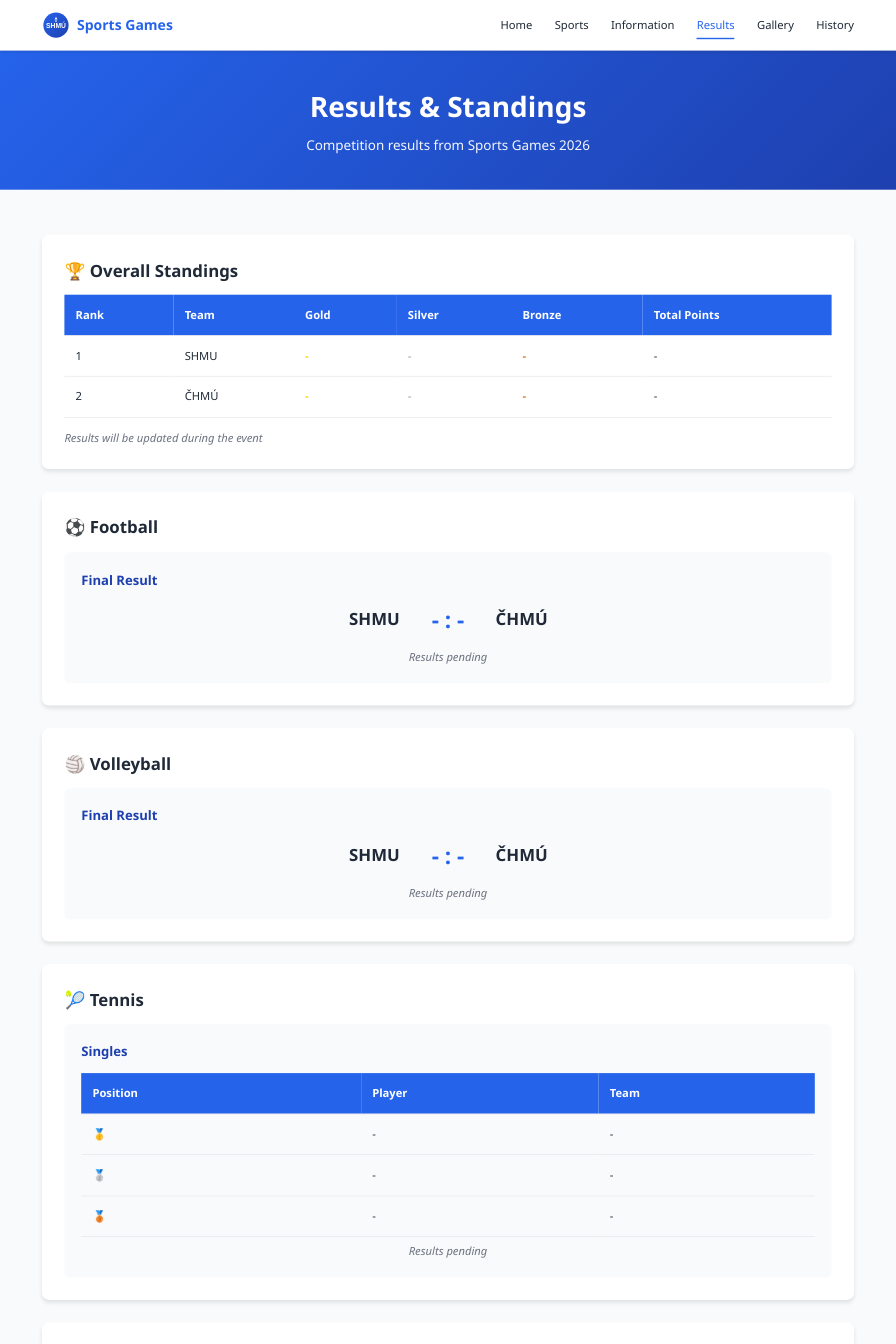
Repository: samiljimari/SHMU-web
Page: results.html
These files come from the project's save history. The page is drawn as it stood at one moment and after the next save; the edit follows.
The browser window is 1280 px wide. The pictures show the part of the page from y = 0 to 1920 px (the page is 3709 px tall before and 3787 px after), at 70% of full size.

Above is the page before, as saved 2026-01-13 09:27:30.

After the next save:
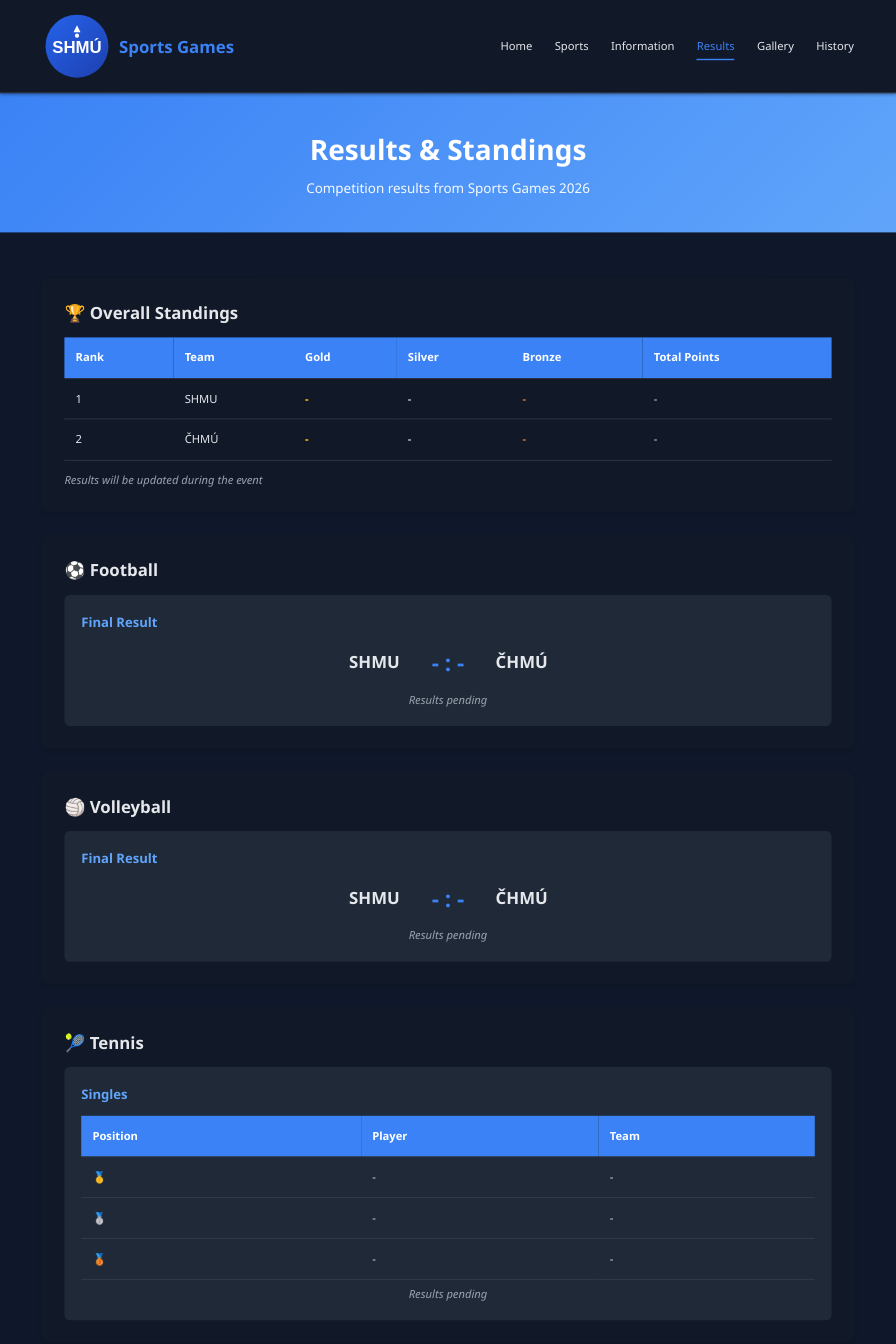
Saved 7 min 48 s later.
--- a/css/style.css
+++ b/css/style.css
@@ -6,14 +6,14 @@
 }
 
 :root {
-    --primary-color: #2563eb;
-    --secondary-color: #1e40af;
-    --accent-color: #3b82f6;
-    --text-dark: #1f2937;
-    --text-light: #6b7280;
-    --bg-light: #f9fafb;
-    --bg-white: #ffffff;
-    --border-color: #e5e7eb;
+    --primary-color: #3b82f6;
+    --secondary-color: #60a5fa;
+    --accent-color: #2563eb;
+    --text-dark: #e5e7eb;
+    --text-light: #9ca3af;
+    --bg-light: #1f2937;
+    --bg-white: #111827;
+    --border-color: #374151;
     --success-color: #10b981;
     --warning-color: #f59e0b;
     --danger-color: #ef4444;
@@ -23,7 +23,7 @@
     font-family: 'Segoe UI', Tahoma, Geneva, Verdana, sans-serif;
     line-height: 1.6;
     color: var(--text-dark);
-    background-color: var(--bg-light);
+    background-color: #0f172a;
 }
 
 .container {
@@ -35,7 +35,8 @@
 /* Navigation */
 .navbar {
     background-color: var(--bg-white);
-    box-shadow: 0 2px 4px rgba(0, 0, 0, 0.1);
+    box-shadow: 0 2px 4px rgba(0, 0, 0, 0.3);
+    border-bottom: 1px solid var(--border-color);
     position: sticky;
     top: 0;
     z-index: 1000;
@@ -54,14 +55,10 @@
     gap: 10px;
 }
 
-.logo img {
-    height: 40px;
-    width: auto;
-}
-
 .logo h1 {
-    font-size: 1.25rem;
-    color: var(--primary-color);
+    font-size: 1.5rem;
+    color: var(--primary-color);
+    font-weight: 700;
 }
 
 .nav-menu {
@@ -810,15 +807,37 @@
 
 /* Footer */
 footer {
-    background-color: var(--text-dark);
-    color: white;
-    padding: 2rem 0;
+    background-color: #0a0f1a;
+    color: white;
+    padding: 3rem 0 2rem;
     text-align: center;
     margin-top: 4rem;
+    border-top: 1px solid var(--border-color);
+}
+
+.footer-logos {
+    display: flex;
+    justify-content: center;
+    align-items: center;
+    gap: 3rem;
+    margin-bottom: 2rem;
+    flex-wrap: wrap;
+}
+
+.footer-logos img {
+    height: 60px;
+    width: auto;
+    opacity: 0.9;
+    transition: opacity 0.3s;
+}
+
+.footer-logos img:hover {
+    opacity: 1;
 }
 
 footer p {
     margin: 0.25rem 0;
+    opacity: 0.8;
 }
 
 /* Responsive Design */
